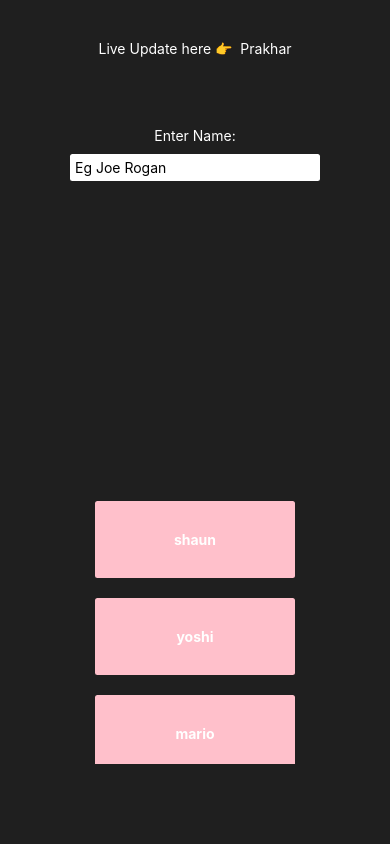
Repository: PrakharGupta36/TodoApp-React-Native
Screen: /
An editor plug-in stored every save of this project. The screen is shown before and after the next save, followed by the edit.
The app was drawn by React Native's web renderer in a window 390 px wide. The project was rebuilt for these pictures with package versions that can differ from the ones it lists, and the page was loaded fresh each time.

Above is the screen before, as saved 2022-03-16 12:11:13.

After the next save:
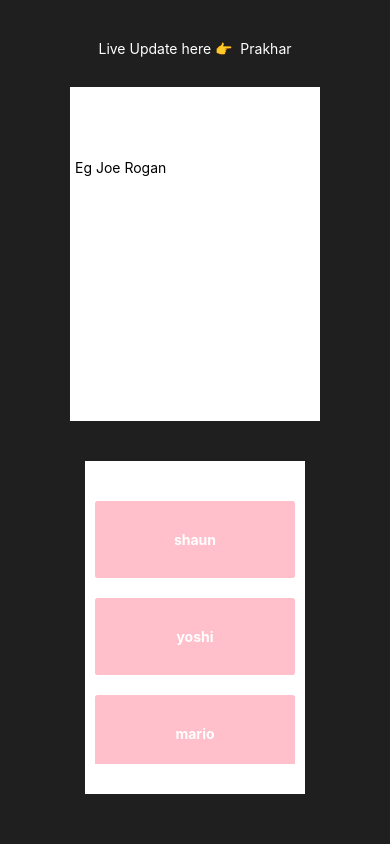
Saved 4 s later.
--- a/App.js
+++ b/App.js
@@ -75,7 +75,6 @@
     flex: 1,
     backgroundColor: "#fff",
     alignItems: "center",
-    backgroundColor: "#1f1f1f",
     paddingTop: 30,
     paddingBottom: 30,
     margin: 20,

After the save that followed:
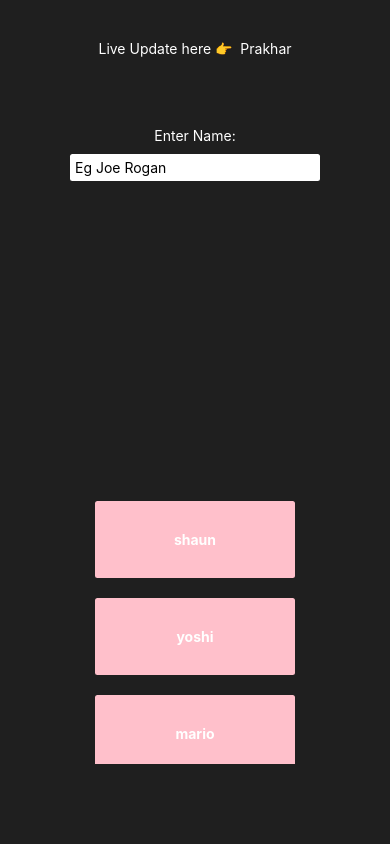
Saved 7 s later.
--- a/App.js
+++ b/App.js
@@ -75,6 +75,7 @@
     flex: 1,
     backgroundColor: "#fff",
     alignItems: "center",
+    backgroundColor: "#1f1f1f",
     paddingTop: 30,
     paddingBottom: 30,
     margin: 20,
